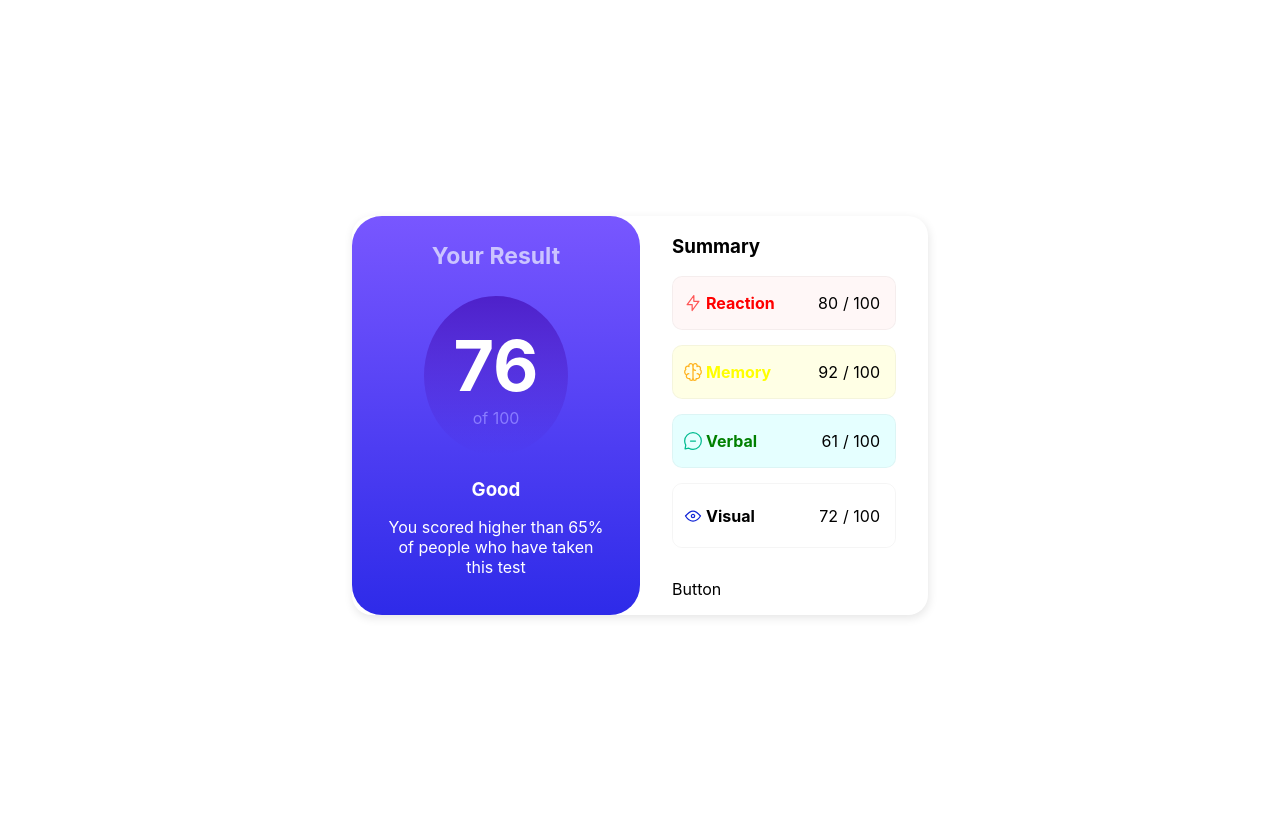
Repository: JeanPaulBassil/Result-Summary-Design
Page: /
These files come from the project's save history. The page is drawn as it stood at one moment and after the next save; the edit follows.
The browser window is 1280 px wide. The pictures show the whole page.
The project was rebuilt for these pictures with package versions that can differ from the ones it lists, and the page was loaded fresh each time.

Above is the page before, as saved 2023-02-24 18:06:37.

### src/index.css
body {
  margin: 0;
  font-family: -apple-system, BlinkMacSystemFont, 'Segoe UI', 'Roboto', 'Oxygen',
    'Ubuntu', 'Cantarell', 'Fira Sans', 'Droid Sans', 'Helvetica Neue',
    sans-serif;
  -webkit-font-smoothing: antialiased;
  -moz-osx-font-smoothing: grayscale;
}

code {
  font-family: source-code-pro, Menlo, Monaco, Consolas, 'Courier New',
    monospace;
}

.app{
  width: 45vw;
  height: 50vh;
  box-shadow: 1px 3px 10px rgba(0, 0, 0, .1);
  border-radius: 20px;
  display: block;
  margin: 30vh auto;
  display: grid;
  grid-template-columns: 1fr 1fr;
  height: auto;
}

### src/App.js
import Result from "./Components/Result/Result"
import Summary from "./Components/Summary/Summary"

export default function App() {
    return (
        <div className="app">
            <Result />
            <Summary />
        </div>
    )
};

### src/Components/Result/Result.js
import Description from "../Description/Description";
import Grade from "../Grade/Grade";
import data from "../../data.json";
import "./Result.css"

export default function Result() {
    const score = Math.floor(data.reduce((totalGrade, category) => totalGrade + category.score , 0) / data.length)

    return (
        <div className="result">
            <h3>Your Result</h3>
            <Grade score={score}/>
            <Description score={score}/>
        </div>
    )
};

### src/Components/Summary/Summary.js
import data from "../../data.json"
import './Summary.css'

export default function Summary() {
    const summary = data.map(part => {
        return (
            <div className={`part ${part.color}`}>
                <div>
                    <img className="icon" src={part.icon} alt={part.category}/>
                    <h4>{part.category}</h4>
                </div>
                <div className="secGrade">
                    <p>{part.score}</p>
                    <p>/ 100</p>
                </div>
            </div>
        )
    })

    return (
        <div className="summary">
            <h3>Summary</h3>
            <div>
                {summary}
            </div>
            <p>Button</p>
        </div>
    )
};

### src/Components/Description/Description.js
import "./Description.css"

export default function Description({score}) {
    const performance = _ => {
        if (score >= 90) return ['Excellent', `You scored higher than 85% of people who have taken this test`]
        else if (score >= 80) return ['Great', `You scored higher than 75% of people who have taken this test`]
        else if (score >= 70) return ['Good', `You scored higher than 65% of people who have taken this test`]
        else if (score >= 60) return ['Not enough', `You're above nearly half the people who have taken this test`]
        else return ['Fail', `Most people who have taken this test passed over you`]
    }

    return (
        <div className="description">
            <h3>{performance()[0]}</h3>
            <p>{performance()[1]}</p>
        </div>
    )
};

### src/Components/Grade/Grade.js
import "./Grade.css"

export default function Grade({score}) {
    return (
        <div className="grade">
            <h1>{score}</h1>
            <p>of 100</p>
        </div>
    )
};

### src/data.json


[
  {
    "category": "Reaction",
    "score": 80,
    "icon": "./assets/images/icon-reaction.svg",
    "color": "red"
  },
  {
    "category": "Memory",
    "score": 92,
    "icon": "./assets/images/icon-memory.svg",
    "color": "yellow"
  },
  {
    "category": "Verbal",
    "score": 61,
    "icon": "./assets/images/icon-verbal.svg",
    "color": "green"
  },
  {
    "category": "Visual",
    "score": 72,
    "icon": "./assets/images/icon-visual.svg",
    "color": "blue"
  }
]

### src/Components/Result/Result.css
.result {
    display: grid;
    grid-template-rows: 1fr 2fr 2fr;
    align-items: center;
    justify-items: center;
    height: 100%;
    width: 100%;
    background-image: linear-gradient(to bottom,hsl(252, 100%, 67%), hsl(241, 81%, 54%));
    border-radius: 30px;
    color: white;
}

.result > h3 {
    font-size: 23px;
    color: #cbc4ff;
}

### src/Components/Summary/Summary.css
.part {
    display: flex;
    justify-content: space-between;
    border: 1px solid rgba(0, 0, 0, .04);
    margin-bottom: 15px;
    border-radius: 10px;
    padding: 0 10px;
}

.icon {
    margin-right: 3px
}

.summary {
    padding: 0 2rem;
    display: flex;
    flex-direction: column;
    justify-content: center;
}

.summary > h3 {
    align-self: flex-start;
}

.part > div {
    display: flex;
    align-items: center;
    justify-content: center;
}

.secGrade > p {
    /* display: inline; */
    margin-right: 5px;
}

.red {
    background-color: rgba(255, 0, 0, 0.03);
}

.red > div > h4 {
    margin: 0;
    color: red;
}

.yellow {
    background-color: rgba(255, 255, 0, 0.1);
}

.yellow > div > h4 {
    margin: 0;
    color: yellow;
}

.green {
    background-color: rgba(0, 255, 255, 0.1);
}

.green > div > h4 {
    margin: 0;
    color: green;
}
.green {
    background-color: rgba(0, 255, 255, 0.1);
}

.green > div > h4 {
    margin: 0;
    color: green;
}

### src/Components/Description/Description.css
.description {
    display: flex;
    flex-direction: column;
    align-items: center;
    justify-content: center;
}

.description > p{
    inline-size: 220px;
    text-align: center;
}

.description > h3 {
    margin: 0;
}

### src/Components/Grade/Grade.css
.grade {
    display: flex;
    flex-direction: column;
    justify-content: center;
    align-items: center;
    background-image: linear-gradient(to bottom, hsla(256, 72%, 46%, 1), hsla(241, 72%, 46%, 0));
    border-radius: 50%;
    inline-size: 50%;
    block-size: 100%;
}

.grade > h1 {
    margin: 0;
    font-size: 70px;
}

.grade > p {
    margin: 0;
    color: #8a7cff;
}

Loaded but not shown: public/index.html (common file); src/index.js (common file)

After the next save:
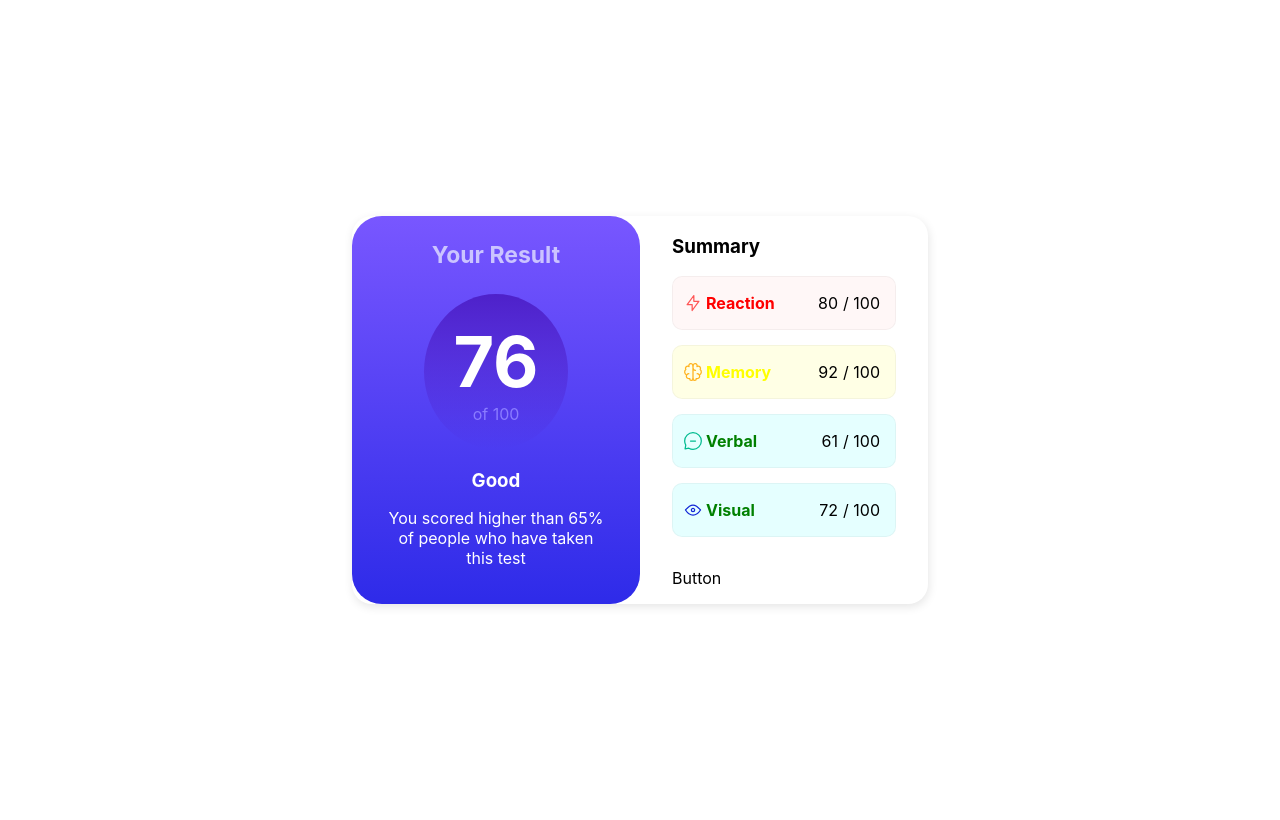
Saved 9 s later.
--- a/src/Components/Summary/Summary.css
+++ b/src/Components/Summary/Summary.css
@@ -59,11 +59,12 @@
     margin: 0;
     color: green;
 }
-.green {
+
+.blue {
     background-color: rgba(0, 255, 255, 0.1);
 }
 
-.green > div > h4 {
+.blue > div > h4 {
     margin: 0;
     color: green;
 }
